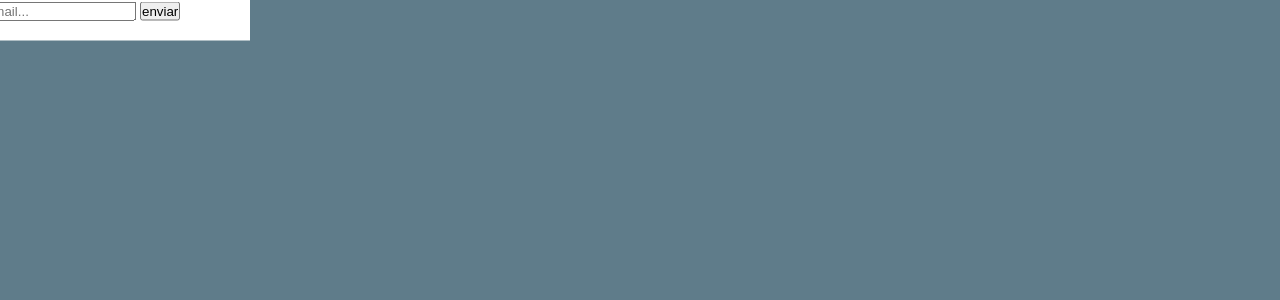
Repository: josceno/Sistema-para-controle-de-experimenta-o-animal
Page: index.html
The author's editor kept a copy of each file at every save. The page is drawn from the files as they stood at one save, then again after the next save.
The browser window is 1280 px wide. The pictures show the whole page.

Above is the page before, as saved 2021-09-13 15:14:45.

After the next save:
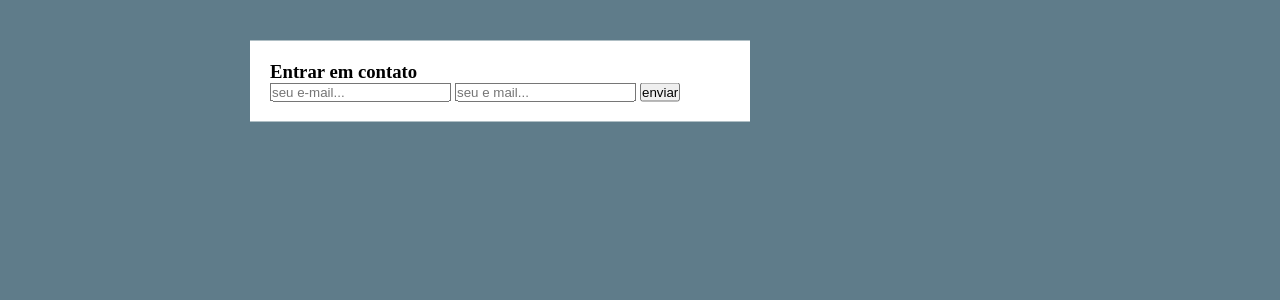
Saved 18 s later.
--- a/index.html
+++ b/index.html
@@ -18,7 +18,7 @@
             position:absolute;
             left: "1000%";
             top: "1000%";
-            transform: translate(-50%,-50%);
+            transform: translate(50%,50%);
         }
     </style>
 
